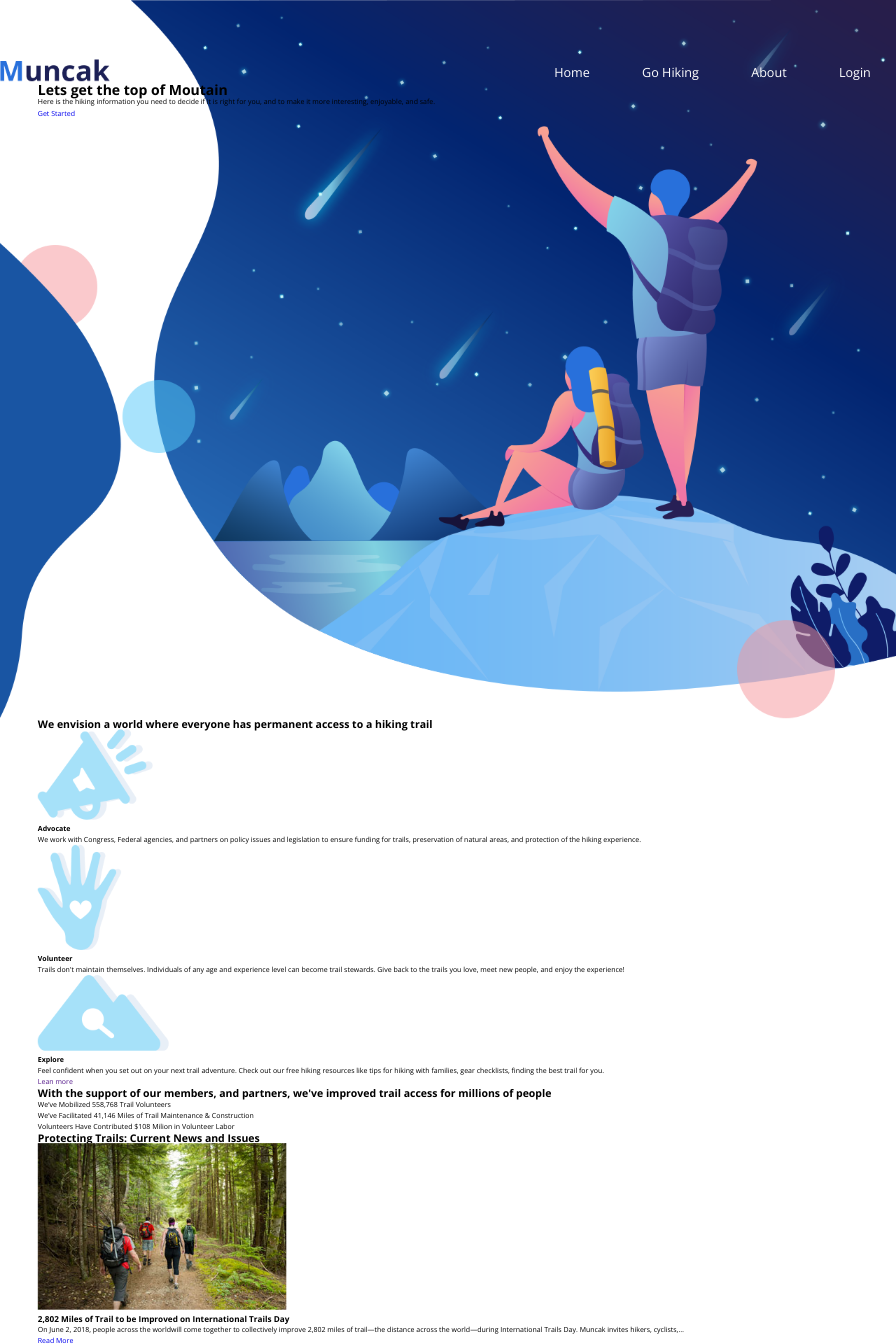
Repository: huubinh98/Project
Page: muncak/index.html
The author's editor kept a copy of each file at every save. The page is drawn from the files as they stood at one save, then again after the next save.
The browser window is 1280 px wide. The pictures show the part of the page from y = 0 to 1920 px (the page is 2989 px tall), at 70% of full size.

Above is the page before, as saved 2021-08-28 16:16:47.

### muncak/index.html
<!DOCTYPE html>
<html lang="en">

<head>
    <meta charset="UTF-8">
    <meta http-equiv="X-UA-Compatible" content="IE=edge">
    <meta name="viewport" content="width=device-width, initial-scale=1.0">
    <link rel="stylesheet" href="./style.css">
    <link rel="preconnect" href="https://fonts.googleapis.com">
    <link rel="preconnect" href="https://fonts.gstatic.com" crossorigin>
    <link href="https://fonts.googleapis.com/css2?family=Open+Sans:wght@300;400;600;700&display=swap" rel="stylesheet">
    <title>Muncak</title>
</head>

<body>
    <header class="header">
        <div class="container header-nav">
            <h1 class="logo"><a href="" class="logo-link"><img src="./image/Muncak.png" alt="" class="logo-img"></a>
            </h1>
            <ul class="nav-list">
                <li class="nav-item">
                    <a href="" class="nav-item-link">Home</a>
                </li>
                <li class="nav-item">
                    <a href="" class="nav-item-link">Go Hiking</a>
                </li>
                <li class="nav-item">
                    <a href="" class="nav-item-link">About</a>
                </li>
                <li class="nav-item">
                    <a href="" class="nav-item-link nav-highlight">Login</a>
                </li>
            </ul>
        </div>
        <div class="container-small">
            <h1 class="heading-banner">Lets get the top of Moutain</h1>
            <p class="heading-desc">Here is the hiking information you need to decide
                if it is right for you, and to make it more interesting,
                enjoyable, and safe.</p>
            <a href="#" class="btn"> Get Started</a>
        </div>
    </header>
    <section class="about">
        <div class="container-small">
            <h2 class="heading-name">We envision a world where everyone
                has permanent access to a hiking trail</h2>
            <div class="about-item">
                <img src="./image/loa.png" alt="loa" class="about-img">
                <div class="about-content">
                    <h4 class="about-content-heading">Advocate</h4>
                    <p class="about-content-desc">We work with Congress, Federal agencies, and partners on policy issues
                        and legislation to ensure funding for trails, preservation of natural areas, and protection of
                        the hiking experience.</p>
                </div>
            </div>
            <div class="about-item">
                <img src="./image/bantay.png" alt="loa" class="about-img">
                <div class="about-content">
                    <h4 class="about-content-heading">Volunteer </h4>
                    <p class="about-content-desc">Trails don't maintain themselves. Individuals of any age and
                        experience level can become trail stewards. Give back to the trails you love, meet new people,
                        and enjoy the experience!</p>
                </div>
            </div>
            <div class="about-item">
                <img src="./image/nui.png" alt="loa" class="about-img">
                <div class="about-content">
                    <h4 class="about-content-heading">Explore</h4>
                    <p class="about-content-desc">Feel confident when you set out on your next trail adventure. Check
                        out our free hiking resources like tips for hiking with families, gear checklists, finding the
                        best trail for you.</p>
                </div>
            </div>
            <a href="" class="btn">Lean more</a>
        </div>
        <div class="container-small">
            <h2 class="heading-name">With the support of our members, and partners, we've improved trail access for millions of people</h2>
            <div class="customer-content">
                <p class="customer-text">We’ve Mobilized <span>558,768</span> Trail Volunteers</p>
                <p class="customer-text">We’ve Facilitated <span>41,146</span>
                    Miles of Trail Maintenance & Construction</p>
                <p class="customer-text">Volunteers Have Contributed <span>$108 Milion</span> in Volunteer Labor</p>
            </div>
        </div>
    </section>

    <!-- -----------new--------------- -->
    <section class="new">
        <div class="container-small">
            <h2 class="heading-name">Protecting Trails: Current News and Issues</h2>
            <div class="new-content">
                <div class="new-item">
                    <a href="#" class="new-item-link">
                        <img src="./image/pic1.jpg" alt="pic1" class="new-item-img">
                    </a>
                    <div class="new-item-text">
                        <h3 class="new-item-name">2,802 Miles of Trail to be Improved on International Trails Day</h3>
                        <p class="new-item-desc">On June 2, 2018, people across the worldwill come together to
                            collectively improve 2,802 miles of trail—the distance across the world—during International
                            Trails Day. Muncak invites hikers, cyclists,…</p>
                        <a href="#" class="new-item-link">Read More</a>
                    </div>
                </div>
                <div class="new-item">
                    <a href="#" class="new-item-link">
                        <img src="./image/pic2.jpg" alt="pic1" class="new-item-img">
                    </a>
                    <div class="new-item-text">
                        <h3 class="new-item-name">Four Ways to Celebrate International Trails Day on a Bicycle</h3>
                        <p class="new-item-desc">There are many ways to celebrate the International Trails Day on June 2. It’s even possible to participate on a bicycle. And if you go on a bike overnight trip during International Trails Dayyou will simultaneously…</p>
                        <a href="#" class="new-item-link">Read More</a>
                    </div>
                </div>
                <div class="new-item">
                    <a href="#" class="new-item-link">
                        <img src="./image/pic3.jpg" alt="pic1" class="new-item-img">
                    </a>
                    <div class="new-item-text">
                        <h3 class="new-item-name">Millennials are the Future of our Trails</h3>
                        <p class="new-item-desc">The smell of fresh dew is a welcome scent, as the crunch of my boots melds with the sound of the birds singing their morning song. It’s early and I am wearing layers, but it won’t be long until they are peeled away to adapt to the summer…</p>
                        <a href="#" class="new-item-link">Read More</a>
                    </div>
                </div>
            </div>
        </div>
    </section>

    <div class="contact-footer">
        <div class="container">
            <h5 class="contact-heading">Receive the latest updates on how to protect trails.
                Subscribe to the monthly edition of Paperless Trails.</h5>
            <form action="">
                <input type="text" name="Name" id="" class="form-input">
                <input type="text" name="Email" id="" class="form-input">
                <button type="submit">Subscribe</button>
            </form>
        </div>
        <footer class="footer container">
            <div class="footer-info">
                <div class="footer-item">
                    <h4>Contact US</h4>
                    <p>Muncak hiking society
                        8605 Second Ave.
                        Silver Spring, MD 20910</p>
                    <p>
                        <span>Info@muncak.org</span>
                        <span>1-301-565-6704 (Main)</span>
                        <span>1-800-972-8608 (Toll-free)</span>
                    </p>
                </div>
                <div class="footer-item">
                    <h4>About us</h4>
                    <ul>
                        <li>
                            <a href="">Our Mission</a>
                        </li>
                        <li>
                            <a href="">Our Team</a>
                        </li>
                        <li>
                            <a href="">Corporate Sponsors</a>
                        </li>
                        <li>
                            <a href="">Financials</a>
                        </li>
                        <li>
                            <a href="">Media Center</a>
                        </li>
                    </ul>
                </div>
                <div class="footer-item">
                    <h4>Our Programs</h4>
                    <ul>
                        <li>
                            <a href="">Hike The Hill</a>
                        </li>
                        <li>
                            <a href="">Volunteer Vacations</a>
                        </li>
                        <li>
                            <a href="">Alternative Break</a>
                        </li>
                    </ul>
                </div>
                <div class="footer-item">
                    <h4>support trails</h4>
                    <ul>
                        <li>
                            <a href="">Donate</a>
                        </li>
                        <li>
                            <a href="">Individual Membership</a>
                        </li>
                        <li>
                            <a href="">Gift membership</a>
                        </li>
                        <li>
                            <a href="">Hiker Store</a>
                        </li>
                    </ul>
                </div>
                <div class="footer-item">
                    <h4>hiking resources</h4>
                    <ul>
                        <li>
                            <a href="">Hikes Near You</a>
                        </li>
                        <li>
                            <a href="">Hiking 101</a>
                        </li>
                        <li>
                            <a href="">Muncak Blog</a>
                        </li>
                        <li>
                            <a href="">Hiking Organizations</a>
                        </li>
                    </ul>
                </div>
            </div>
            <ul class="socical">
                <li class="socical-item">
                    <a href="" class="socical-item-link">
                        <img src="./image/instar.png" alt="" class="socical-item-img">
                    </a>
                </li>
                <li class="socical-item">
                    <a href="" class="socical-item-link">
                        <img src="./image/facebook.png" alt="" class="socical-item-img">
                    </a>
                </li>
                <li class="socical-item">
                    <a href="" class="socical-item-link">
                        <img src="./image/tiwer.png" alt="" class="socical-item-img">
                    </a>
                </li>
            </ul>
        </footer>
    </div>
</body>

</html>

### muncak/style.css
* {
    margin: 0;
    padding: 0;
    box-sizing: border-box;
}

html {
    font-size: 62.5%;
    line-height: 1.6rem;
    font-family: 'Open Sans', sans-serif;
    scroll-behavior: smooth;
}

ul, li {
    list-style: none;
}

a {
    text-decoration: none;
}

.container {
    max-width: 1404px;
    width: 100%;
    margin: 0 auto;
}

.container-small {
    max-width: 1172px;
    width: 100%;
    margin: 0 auto;
}

.header {
    margin: 0 auto;
    max-width: 1900px;
    height: 1026px;
    background-color: white;
    background-image: url(./image/backgroudleft1.png), url(./image/Muncak-Landing-Page.png);
    background-position: left bottom, right top;
    background-repeat: no-repeat, no-repeat;
    background-size: ;
}

.header-nav {
    display: flex;
    justify-content: space-between;
    padding-top: 85px;
}

.logo{

}
.logo-link{

}
.logo-img{

}
.nav-list{

}
.nav-item{
    display: inline-block;
}
.nav-item-link{
    font-size: 1.8rem;
    line-height: 3.6rem;
    color: #fff;
    padding: 0 36px;
}

.heading-banner {

}

.heading-desc {

}

After the next save:
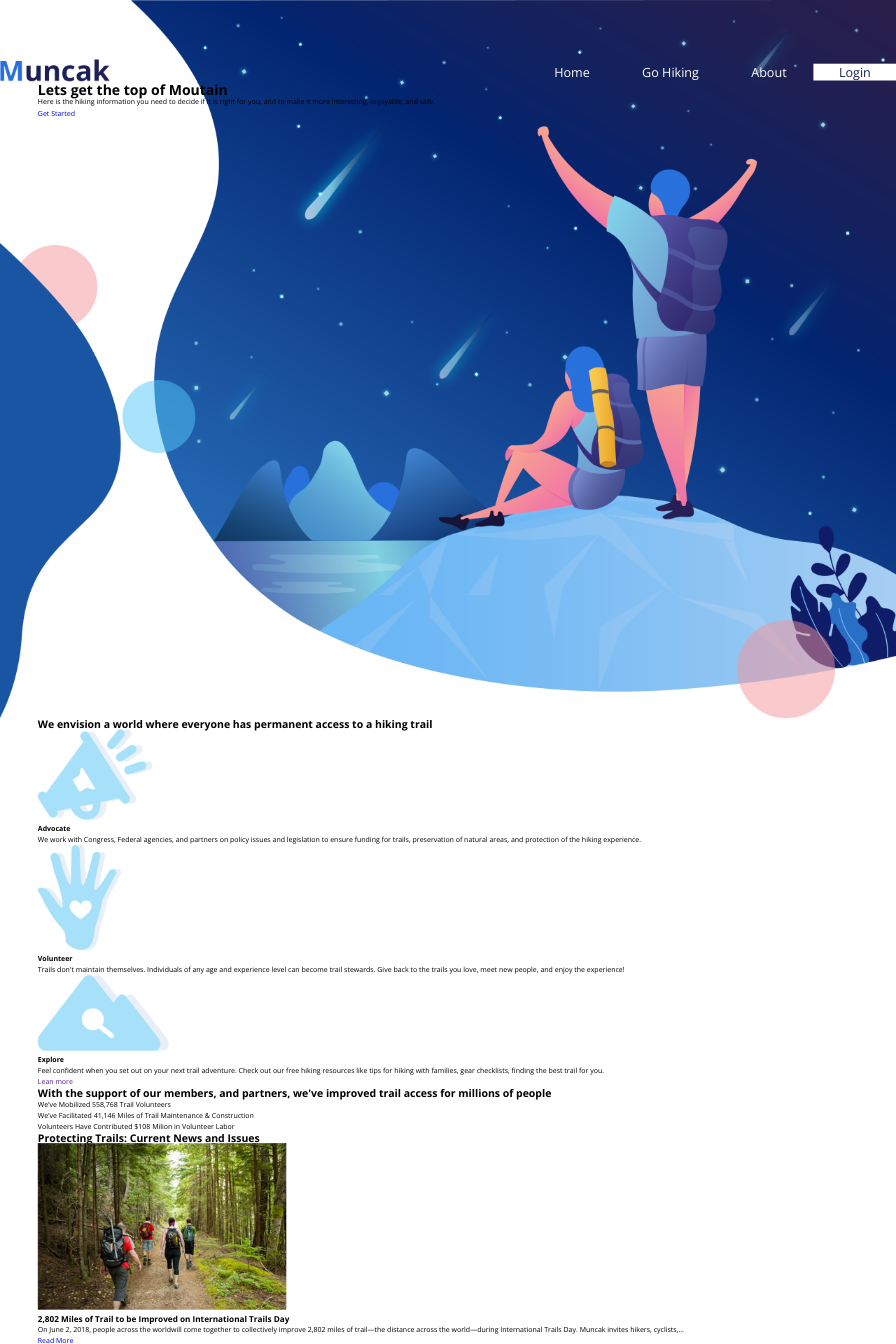
Saved 75 s later.
--- a/muncak/style.css
+++ b/muncak/style.css
@@ -70,6 +70,11 @@ a {
     padding: 0 36px;
 }
 
+.nav-highlight {
+    background-color: #fff;
+    color: #14215e;
+}
+
 .heading-banner {
 
 }
